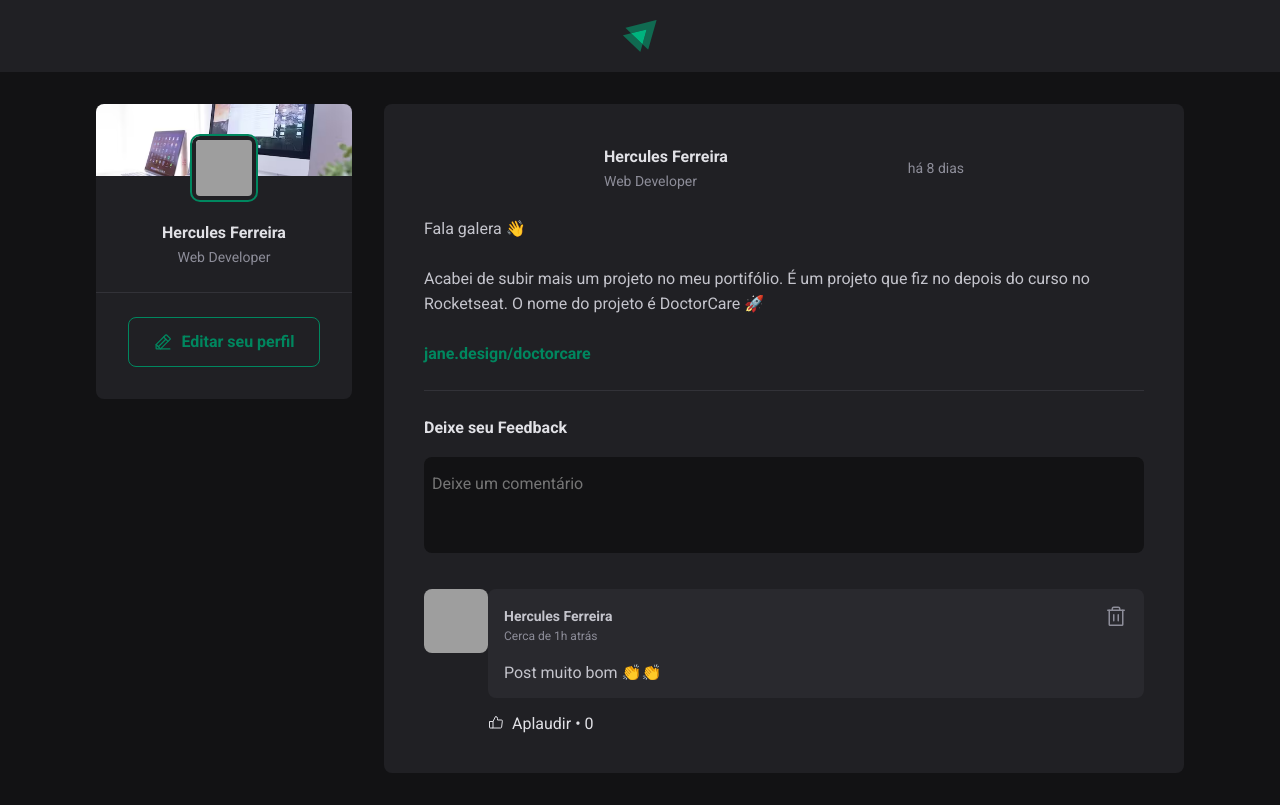
Repository: hercules-ferreira/project-1-posts
Page: /
An editor plug-in stored every save of this project. The page is shown before and after the next save, followed by the edit.
The browser window is 1280 px wide. The pictures show the whole page.
Pictures or frames that could not be fetched are drawn as grey boxes. Some web fonts or font styles are not loaded; a fallback is used. The project was rebuilt for these pictures with package versions that can differ from the ones it lists, and the page was loaded fresh each time. Also part of the build but not shown: vite.config.js.

Above is the page before, as saved 2023-08-14 16:30:17.

### index.html
<!doctype html>
<html lang="en">
  <head>
    <meta charset="UTF-8" />
    <link rel="preconnect" href="https://fonts.googleapis.com" />
    <link rel="preconnect" href="https://fonts.gstatic.com" crossorigin />
    <link href="https://fonts.googleapis.com/css2?family=Inter:wght@200;300;400;500;600;700;800;900&family=Lustria&family=Roboto:wght@400;700&display=swap" rel="stylesheet" />


    <meta name="viewport" content="width=device-width, initial-scale=1.0" />
    <title>Project - Post</title>
  </head>
  <body>
    <div id="root"></div>
    <script type="module" src="/src/main.jsx"></script>
  </body>
</html>

### src/App.jsx
import "./global.css";
import { Post } from "./components/Post";
import { Header } from "./components/Header";
import { Sidebar } from "./components/Sidebar";
import styles from "./App.module.css";
// import AvatarComment from "../../assets/logo-avatar.png";

const post = [
  {
    id: 1,
    author: {
      avatarUrl: "https://github.com/hercules-ferreira.png",
      name: "Hercules Ferreira",
      role: "Web Developer",
    },
    content: [
      { type: "paragraph", content: "Fala galera 👋 " },

      {
        type: "paragraph",
        content:
          "Acabei de subir mais um projeto no meu portifólio. É um projeto que fiz no depois do curso no Rocketseat. O nome do projeto é DoctorCare 🚀",
      },

      { type: "link", content: "jane.design/doctorcare" },
    ],
    publishedAt: new Date("2023-08-01 20:10:25"),
  },

];

export function App() {
  return (
    <>
      <Header />

      <div className={styles.wrapper}>
        <Sidebar />

        <main>
          {post.map((post) => {
            return (
              <Post
                key={post.id}
                author={post.author}
                content={post.content}
                publishedAt={post.publishedAt}
              />
            );
          })}
        </main>
      </div>
    </>
  );
}

### src/global.css
:root {
    --white: #fff;
    --gray-100: #e1e1e6;
    --gray-300: #c4c4cc;
    --gray-400: #8d8d99;
    --gray-600: #323238;
    --gray-700: #29292e;
    --gray-800: #202024;
    --gray-900: #121214;

    --green-300: #00b37e;
    --green-400: #336a59;
    --green-500: #00875f;

    --red-500: #f75A68;
}

:focus{
    outline: transparent;
    box-shadow: 0 0 0 2px var(--green-400);
}

* {
    margin: 0;
    padding: 0;
    box-sizing: border-box;
}

body {
    background: var(--gray-900);
    color: var(--gray-300);
    -webkit-font-smoothing: antialiased;
}

body,
input,
textarea,
button {
    font-family: "Roboto", sans-serif;
    font-weight: 400;
    font-size: 1rem;
}

a {
    text-decoration: none;
    color: inherit;
}

### src/components/Post.jsx
import styles from "./Post.module.css";
import { Comment } from "./Comment";
import Avatar from "./Avatar/Avatar";
import { format, formatDistanceToNow } from "date-fns";
import ptBR from "date-fns/locale/pt-BR";
import { useState } from "react";

const comments = [1, 2];

export function Post({ author, publishedAt, content }) {
  const [comments, setComments] = useState(["Post muito bom"]);
  const [newCommentText, setNewCommentText] = useState("");

  const publishedDAteFormatted = format(
    publishedAt,
    "d 'de' LLLL 'às' HH:mm'h'",
    {
      locale: ptBR,
    }
  );

  const publishedDateRelativeToNow = formatDistanceToNow(publishedAt, {
    locale: ptBR,
    addSuffix: true,
  });

  function handleCreateNewComment(e) {
    e.preventDefault();

    setComments([...comments, newCommentText]);
    setNewCommentText("");
  }

  function handleNewCommentChange(e) {
    e.target.setCustomValidity("");
    setNewCommentText(e.target.value);
  }

  function handleNewCommentInvalid(e) {
    e.target.setCustomValidity("Esse campo é obrigatório!");
  }

  function deleteComment(commentToDelete) {
    console.log(`Deletar  ${commentToDelete}`);

    const commentsWithoutDeleteOne = comments.filter((comment) => {
      return comment !== commentToDelete;
    });

    setComments(commentsWithoutDeleteOne);
  }

  const isNewCommentEmpty = newCommentText.length === 0;

  return (
    <>
      <article className={styles.post}>
        <header>
          <div className={styles.author}>
            {/* <Avatar hasBorder src={author.avatarUrl} /> */}

            <div className={styles.authorInfo}>
              <strong>{author.name}</strong>
              <span>{author.role}</span>
            </div>
          </div>
          <time
            title={publishedDAteFormatted}
            dateTime={publishedAt.toISOString()}
          >
            {" "}
            {publishedDateRelativeToNow}
          </time>
        </header>
        <div className={styles.content}>
          {content.map((line) => {
            if (line.type === "paragraph") {
              return <p key={line.content}>{line.content}</p>;
            } else if (line.type === "link") {
              return (
                <p key={line.content}>
                  <a href="#">{line.content}</a>{" "}
                </p>
              );
            }
          })}
        </div>
        <form onSubmit={handleCreateNewComment} className={styles.commentForm}>
          <strong>Deixe seu Feedback</strong>
          <textarea
            name="comment"
            onChange={handleNewCommentChange}
            placeholder="Deixe um comentário"
            value={newCommentText}
            onInvalid={handleNewCommentInvalid}
            required
          />

          <footer>
            <button disabled={isNewCommentEmpty} type="submit">
              Publicar
            </button>
          </footer>
        </form>

        <div className={styles.commentList}>
          {comments.map((comment) => {
            return (
              <Comment
                key={comment}
                content={comment}
                onDeleteComment={deleteComment}
              />
            );
          })}
        </div>
      </article>
    </>
  );
}

### src/components/Header.jsx
import styles from "./Header.module.css";
import igniteLogo from "../assets/ignite-logo.svg";

export function Header() {
  return (
    <header className={styles.header}>
      <img src={igniteLogo} alt="logo" />
    </header>
  );
}

### src/components/Sidebar.jsx
import styles from "./Sidebar.module.css";
import aside from "../assets/sidebar.png";
import { PencilLine } from "phosphor-react";
import Avatar from "./Avatar/Avatar";

export function Sidebar() {
  return (
    <aside className={styles.sidebar}>
      <div>
        <img className={styles.cover} src={aside} alt="" />
        <div className={styles.profile}>
          <div>
            <Avatar hasBorder src="https://github.com/hercules-ferreira.png" />
          </div>

          <strong>Hercules Ferreira</strong>
          <span>Web Developer</span>
          <footer>
            <a href="#">
              <PencilLine size={20} />
              Editar seu perfil
            </a>
          </footer>
        </div>
      </div>
    </aside>
  );
}

### src/App.module.css
.wrapper{
    max-width: 70rem;
    margin: 2rem auto;
    padding: 0 1rem;

    display: grid;
    grid-template-columns: 256px 1fr;
    gap: 2rem;
    align-items: flex-start;
}


@media (max-width: 768px) {
    html{
        font-size: 87.5%;
    }
    .wrapper{
        grid-template-columns: 1fr;

    }


}

### src/components/Post.module.css
.post{
    background: var(--gray-800);
    border-radius: 8px;
    padding: 2.5rem;
}

.post + .post{
    margin-top: 2rem;
}

.post > header{
    display: flex;
    align-items: center;
    justify-content: space-evenly;
}

.post time{
    font-size: 0.875rem;
    color: var(--gray-400);
}

.author{
    display: flex;
    align-items: center;
    gap: 1rem;
}

.authorInfo strong{
    display: block;
    color: var(--gray-100);
    line-height: 1.6;
}

.authorInfo span{
    display: block;
    font-size: .875rem;
    color: var(--gray-400);
    line-height: 1.6;
}

.content{
    line-height: 1.6;
    color: var(--gray-300);
    margin-top: 1.5rem;
}

.content p{
    margin-top: 1.5rem;
}

.content a{
    font-weight: bold;
    color: var(--green-500);
}

.content a:hover{
    font-weight: bold;
    color: var(--green-300);
}

.commentForm{
    width: 100%;
    margin-top: 1.5rem;
    padding-top: 1.5rem;
    border-top: 1px solid var(--gray-600);
}

.commentForm > strong{
    line-height: 1.6;
    color: var(--gray-100);
}

.commentForm textarea{
    width: 100%;
    background: var(--gray-900);
    border: 0;
    resize: none;
    color: var(--gray-100);
    height: 6rem;
    padding: 1rem .5rem;
    border-radius: 8px;
    line-height: 1.4;
    margin-top: 1rem;
}

.commentForm button{
    padding: 1rem;
    margin-top: 1rem;
    border-radius: 8px;
    border: 0;
    background: var(--green-500);
    color: var(--white);
    font-weight: bold;
    cursor: pointer;

    transition: background-color .2s;
}

.commentForm button:hover:not(:disabled){
    background: var(--green-300);
}

.commentForm button:disabled{
   opacity: .5;
   cursor: not-allowed;
}

.commentForm footer{
    visibility: hidden;
    max-height: 0;
}

.commentForm:focus-within footer{
 visibility: visible;
    max-height: none;
}

.commentList{
    margin-top: 2rem;
}

.commentList{
    margin-top: 2rem;
}

### src/components/Comment.jsx
import { useState } from "react";
import Avatar from "./Avatar/Avatar";
import styles from "./Comment.module.css";
import { ThumbsUp, Trash } from "phosphor-react";

export function Comment({ content, onDeleteComment }) {
  const [likeCount, setLikeCount] = useState(0);

  function handleDeleteComment() {
    onDeleteComment(content);
  }

  function handleLikeComment() {
    setLikeCount((state) => {
      return state + 1;
    });
  }

  return (
    <>
      <div className={styles.comment}>
        <Avatar src="https://github.com/hercules-ferreira.png" />

        <div className={styles.commentBox}>
          <div className={styles.commentContent}>
            <header>
              <div className={styles.authorAndTime}>
                <strong>Hercules Ferreira</strong>
                <time
                  title="11 de Maio às 08:35h"
                  dateTime="2023-05-11 08:35:40"
                >
                  {" "}
                  Cerca de 1h atrás
                </time>
              </div>

              <button onClick={handleDeleteComment} title="Deletar comentário">
                <Trash size={24} />
              </button>
            </header>
            <p>{content} 👏👏</p>
          </div>
          <footer>
            <button onClick={handleLikeComment}>
              <ThumbsUp />
              Aplaudir <span>{likeCount}</span>
            </button>
          </footer>
        </div>
      </div>
    </>
  );
}

### src/components/Avatar/Avatar.jsx
import AvatarLogo from "../../assets/logo-avatar.png";
import styles from "./Avatar.module.css";

export default function Avatar({hasBorder, src}) {
  return (
    <img
      className={ hasBorder ? styles.avatarWithBorder : styles.logoAvatar }
      src={src}
      alt="Avatar"
    />
  );
}

### src/components/Header.module.css
.header {
    background: var(--gray-800);
    display: flex;
    justify-content: center;
    padding: 1.25rem 0;
}

.header img {
    height: 2rem;
}

### src/components/Sidebar.module.css
.sidebar {
    background: var(--gray-800);
    border-radius: 8px;
    overflow: hidden;
}

.cover {
    width: 100%;
    height: 72px;
    object-fit: cover;
}

.profile {
    display: flex;
    flex-direction: column;
    align-items: center;
    margin-top: calc(0px - 2rem - 12px);
}

.profile strong {
    margin-top: 1rem;
    color: var(--gray-100);
    line-height: 1.6;
}

.profile span {
    font-size: 0.875rem;
    color: var(--gray-400);
    line-height: 1.6;
}

.sidebar footer {
    border-top: 1px solid var(--gray-600);
    margin-top: 1.5rem;
    padding: 1.5rem 2rem 2rem;
}

.sidebar footer a {
    background: transparent;
    color: var(--green-500);
    border: 1px solid var(--green-500);
    border-radius: 8px;
    height: 50px;
    padding: 0 1.5rem;
    font-weight: bold;
    display: block;

    display: flex;
    align-items: center;
    justify-content: center;

    gap: 0.5rem;

    transition:
        color 0.2s,
        background-color 0.2s;
}

.sidebar footer a:hover {
    background: var(--green-500);
    color: var(--white);
}

### src/components/Comment.module.css
.comment{
    margin-top: 1.5rem;
    display: flex;
}

.commentBox{
    flex: 1;
}

.commentContent{
    background: var(--gray-700);
    border-radius: 8px;
    padding: 1rem;
}

.commentContent header{
    display: flex;
    align-items: flex-start;
    justify-content: space-between;
}

.authorAndTime strong {
    display: block;
    font-size: .875rem;
    line-height: 1.6;
}

.authorAndTime time {
    display: block;
    font-size: .75rem;
    line-height: 1.6;
    color: var(--gray-400);
}

.commentContent header button{
    background: transparent;
    border: 0;
    color: var(--gray-400);
    cursor: pointer;
    line-height: 0;
    border-radius: 2px;
}

.commentContent header button:hover{
    color: var(--red-500);
}

.commentContent p{
    margin-top: 1rem;
    color: var(--gray-300)
}

.commentBox footer{
    margin-top: 1rem;
}

.commentBox footer button{
    background: transparent;
    border: 0;
    color: var(--gray-100);
    cursor: pointer;
    border-radius: 2px;

    display: flex;
    align-items: center;
}

.commentBox footer button:hover{
    color: var(--green-300);
}

.commentBox footer button svg{
margin-right: .5rem;
}

.commentBox footer button span::before{
    content: "\2022";
    padding: 0 0.25rem;
    }

### src/components/Avatar/Avatar.module.css
.logoAvatar{
    width: 4rem;
    height: 4rem;
    object-fit: cover;
    border-radius: 8px;
}

.avatarWithBorder{
    width: 4rem;
    height: 4rem;
    object-fit: cover;
    border: 4px solid var(--gray-800);
    outline: 2px solid var(--green-500);
    border-radius: 8px;
}

Loaded but not shown: src/main.jsx (common file)

After the next save:
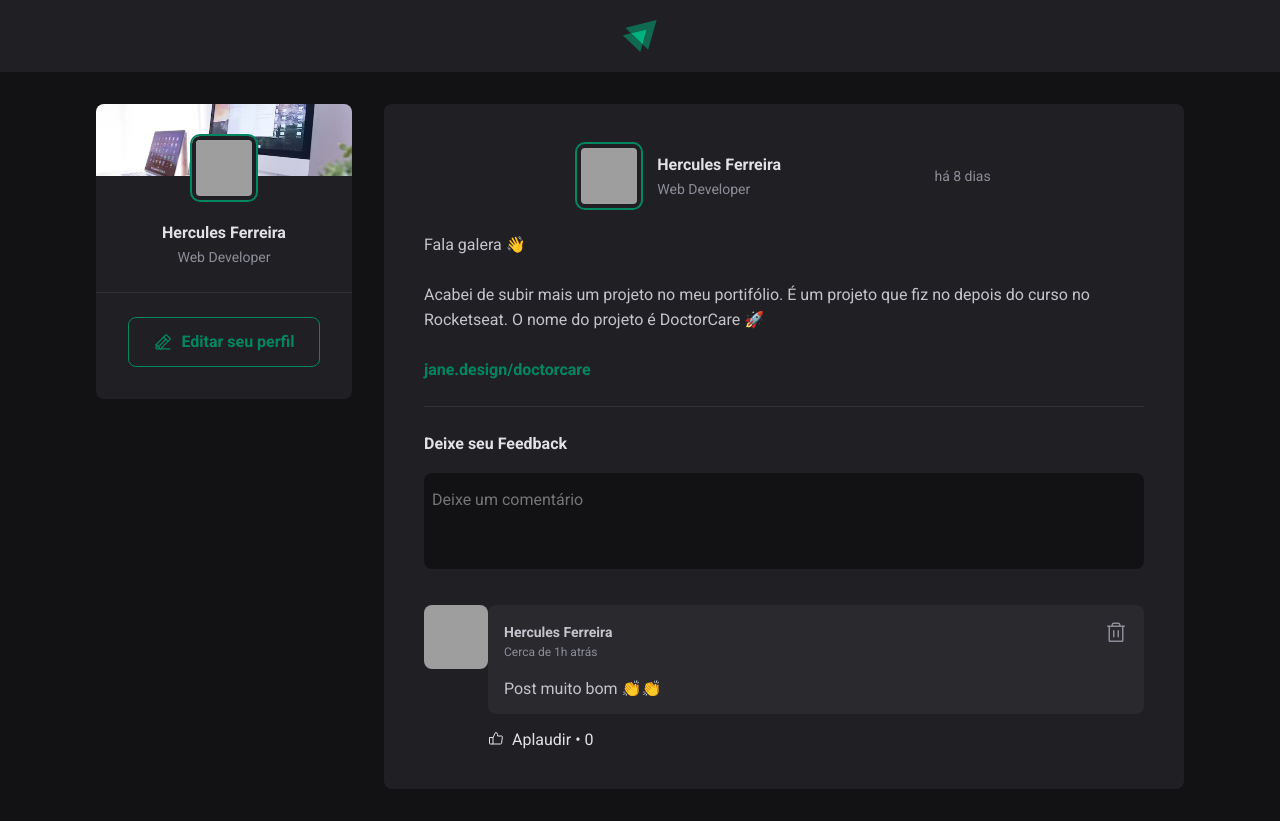
Saved 5 s later.
--- a/src/components/Post.jsx
+++ b/src/components/Post.jsx
@@ -57,7 +57,7 @@ export function Post({ author, publishedAt, content }) {
       <article className={styles.post}>
         <header>
           <div className={styles.author}>
-            {/* <Avatar hasBorder src={author.avatarUrl} /> */}
+            <Avatar hasBorder src={author.avatarUrl} />
 
             <div className={styles.authorInfo}>
               <strong>{author.name}</strong>
